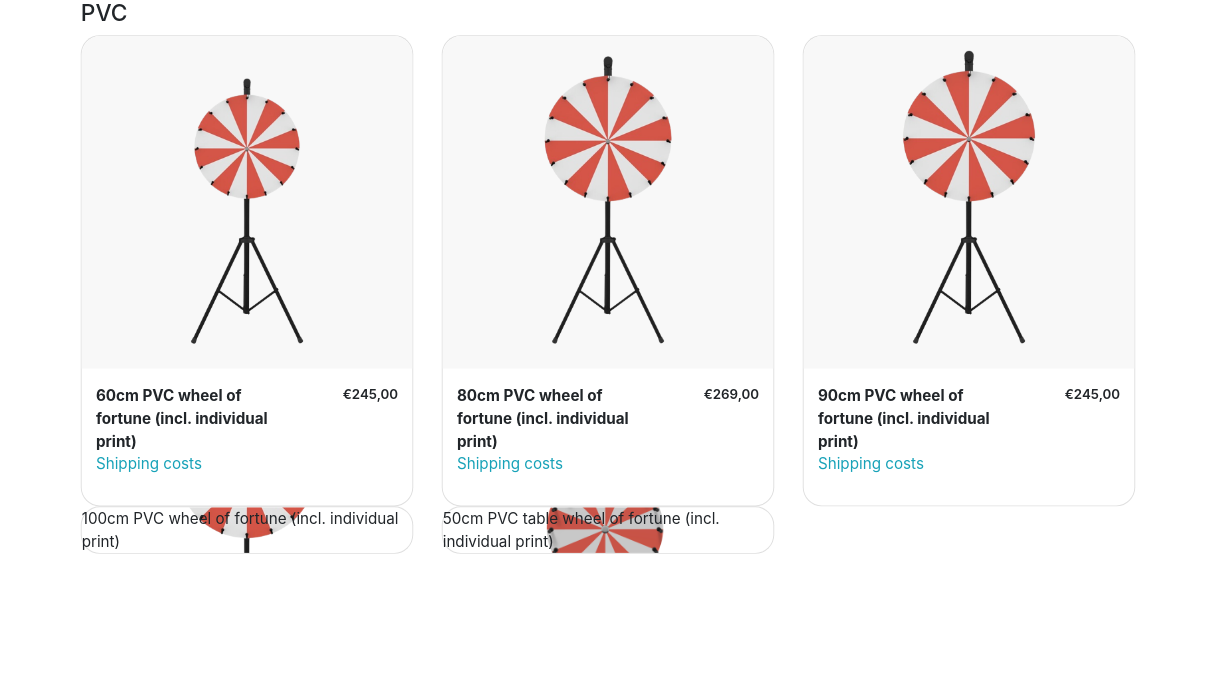
Repository: Awaisp-irfan/fahad-project
Page: pvc.html
The author's editor kept a copy of each file at every save. The page is drawn from the files as they stood at one save, then again after the next save.
The browser window is 1280 px wide. The pictures show the whole page, at 95% of full size.

Above is the page before, as saved 2022-06-30 09:31:08.

After the next save:
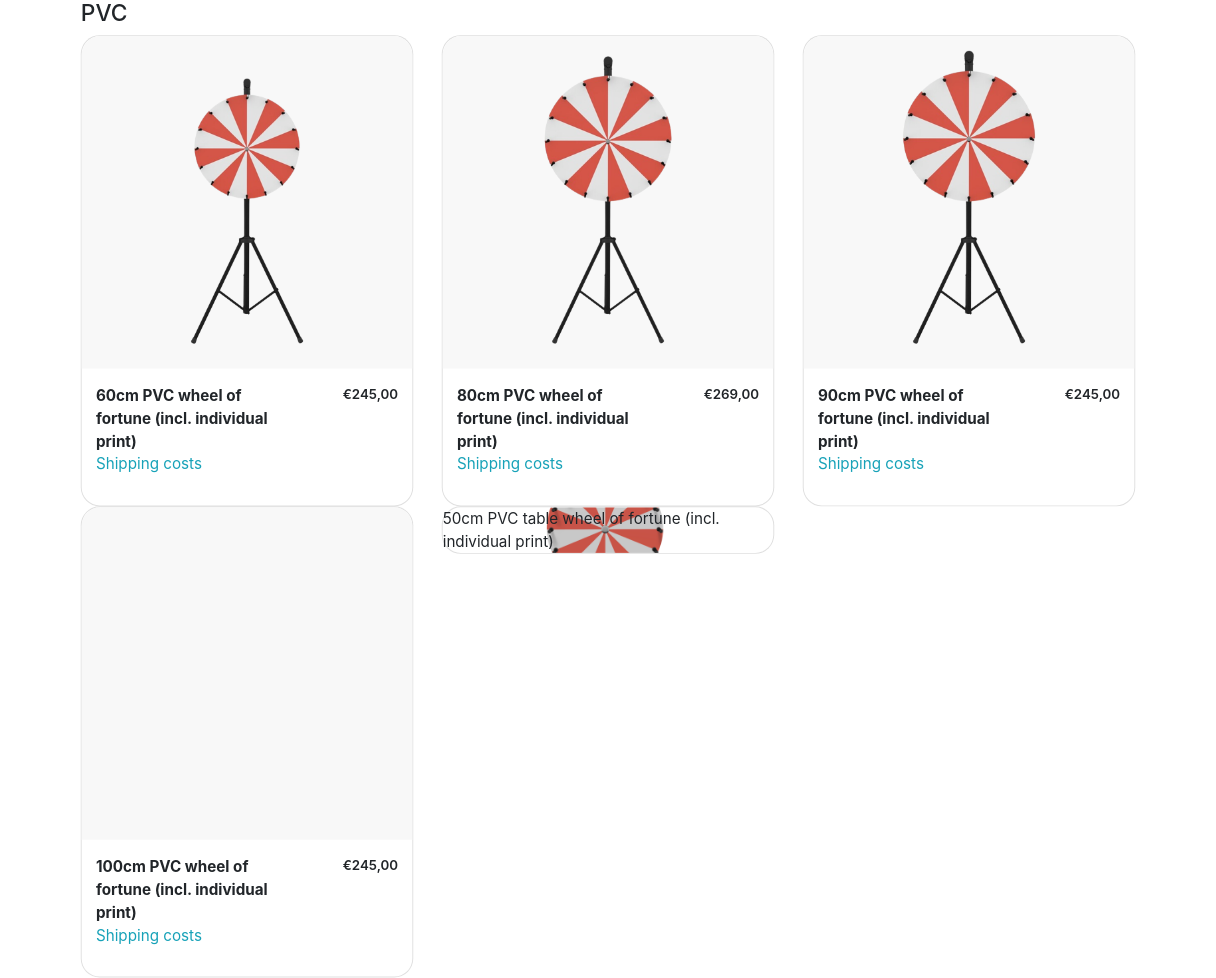
Saved 31 s later.
--- a/pvc.html
+++ b/pvc.html
@@ -74,13 +74,23 @@
               </div>
             </div>
           </div>
-        <div class="col-lg-4">
-          <div class="card img-div">
-            <div class="cm100">
-              100cm PVC wheel of fortune (incl. individual print)
+          <div class="col-lg-4 col-md-6 col-12">
+            <div class="card">
+              <div class="img-div">
+                <div class="cm100-img"></div>
+              </div>
+              <div class="cm60-content d-flex justify-content-between my-lg-3">
+                <div class="col-8">
+                  <p class="title">100cm PVC wheel of fortune (incl. individual print)</p>
+                  <p class="text-info">Shipping costs</p>
+                </div>
+                <div class="col-4 ">
+                  <p class="price">
+                      €245,00
+                </p></div>
+              </div>
             </div>
           </div>
-        </div>
         <div class="col-lg-4">
           <div class="card img-div">
             <div class="cm50">
